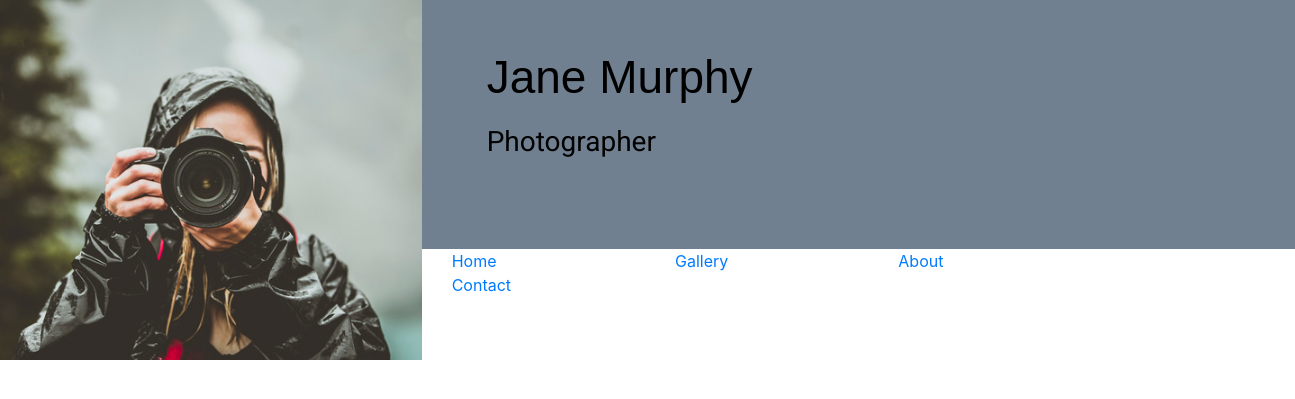
Repository: Code-Institute-Submissions/MrChrisRandall-milestone-1
Page: index.html
The author's editor kept a record of every edit. The page is drawn from the files as they stood at one moment, then again after the next edit.
The browser window is 1280 px wide. The page is 1295 px wide, so the pictures cover 1295 px, including what lies to the right of the window. The pictures show the whole page.

Above is the page before.

### index.html
<!DOCTYPE html>
<html lang="en">

<head>
    <meta charset="UTF-8">
    <meta name="viewport" content="width=device-width, initial-scale=1.0">
    <meta http-equiv="X-UA-Compatible" content="ie=edge">
    <link rel="stylesheet" href="https://stackpath.bootstrapcdn.com/bootstrap/4.3.1/css/bootstrap.min.css" type="text/css" />
    <link rel="stylesheet" href="https://stackpath.bootstrapcdn.com/font-awesome/4.7.0/css/font-awesome.min.css" type="text/css" />
    <link rel="stylesheet" href="https://cdnjs.cloudflare.com/ajax/libs/hover.css/2.3.1/css/hover-min.css" type="text/css" />
    <link rel="stylesheet" href="assets/css/style.css" type="text/css" />
    <title>Studio 21</title>
</head>

<body>
    <header>
        <div class="row">
            <a href="index.html" class="col-md-4 logo">

            </a>
            <div class="col-md-8">
                <div class="row bg-color-name-title">
                    <div class="col heading">
                        <h1 class="name">Jane Murphy</h1>
                        <h2 class="title">Photographer</h2>
                    </div>
                </div>
                <div class="row">
                    <div class="col">
                        <ul id="nav" class="list-inline">
                            <li class="col-2 col-sm-3 list-inline-item">
                                <a href="#"><span>Home</span></a>
                            </li>
                            <li class="col-2 col-sm-3 list-inline-item">
                                <a href="#"><span>Gallery</span></a>
                            </li>
                            <li class="col-2 col-sm-3 list-inline-item">
                                <a href="#"><span>About</span></a>
                            </li>
                            <li class="col-2 col-sm-3 list-inline-item">
                                <a href="#"><span>Contact</span></a>
                            </li>
                        </ul>
                    </div>
                </div>

            </div>
        </div>

    </header>

    <section>

    </section>

    <footer>

    </footer>

</body>

</html>

### assets/css/style.css
@import url('https://fonts.googleapis.com/css?family=Roboto&display=swap:100,200,300,400,500,600,700|Exo:100,200,300,400,500,600,700');


/*--------------------------------------------------Colors*/

.bg-color-name-title {
    background-color: #708090;
}

.ui-menu-color-home {
    background-color: #525252;
}

.ui-menu-color-gallery {
    background-color: #525252;
}

.ui-menu-color-about {
    background-color: #525252;
}

.ui-menu-color-contact {
    background-color: #525252;
}

/*--------------------------------------------------Header*/

.header {
    margin: 0;
}

.heading {
    margin-left: 50px;
}

.logo {
    background: url(../images/pic.jpg);
    background-position: center;
    background-repeat: no-repeat;
    background-size: cover;
    min-height: 360px;
    transition: all .5s ease-in-out;
    -moz-transition: all .5s ease-in-out;
    -webkit-transition: all .5s ease-in-out;
}

.name {
    font-family: "Exo", sans-serif;
    font-weight: 100;
    font-size: 46px;
    margin-top: 50px;
    color: #000000;
}

.title {
    font-family: "Roboto", sans-serif;
    font-weight: 200;
    font-size: 28px;
    margin-top: 20px;
    margin-bottom: 90px;
    color: #000000;
}

After the next edit:
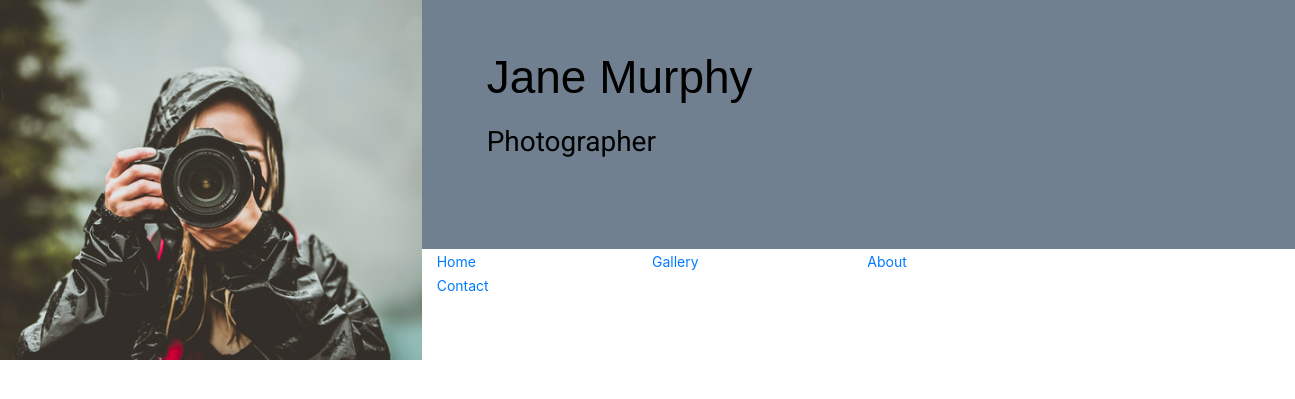
The edit:
--- a/assets/css/style.css
+++ b/assets/css/style.css
@@ -60,3 +60,44 @@
     margin-bottom: 90px;
     color: #000000;
 }
+
+.list-inline-item:not(:last-child) {
+    margin: 0;
+}
+
+.menucontainer {
+    font-size: 0;
+}
+
+#nav {
+    margin: 0;
+}
+
+#nav li {
+    font-size: 14px;
+    padding: 0;
+}
+
+.menuitem {
+    height: 120px;
+    text-align: center;
+    padding: 0;
+}
+
+.menuitem a {
+    width: 100%;
+    text-decoration: none;
+    color: #fff;
+    height: 120px;
+}
+
+.menuitem span {
+    display: block;
+    width: 150%;
+    padding-top: 10px;
+    text-align: center;
+    text-transform: uppercase;
+    font-size: 14px;
+    font-weight: 300;
+    letter-spacing: 2px;
+}
